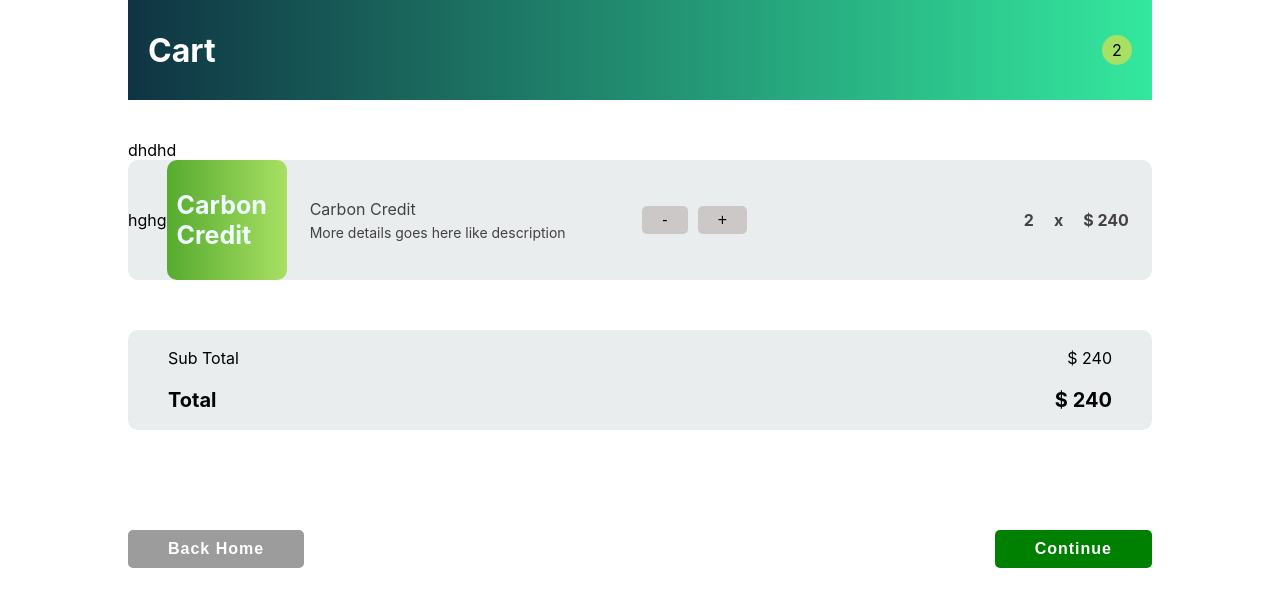
Repository: Yowani24/CarbonApp
Page: /cart
An editor plug-in stored every save of this project. The page is shown before and after the next save, followed by the edit.
The browser window is 1280 px wide. The pictures show the whole page.
The project was rebuilt for these pictures with package versions that can differ from the ones it lists, and the page was loaded fresh each time. The framework's server and built-in components were replaced by stand-ins that run in the browser. Also part of the build but not shown: next.config.js.

Above is the page before, as saved 2021-09-27 12:13:22.

After the next save:
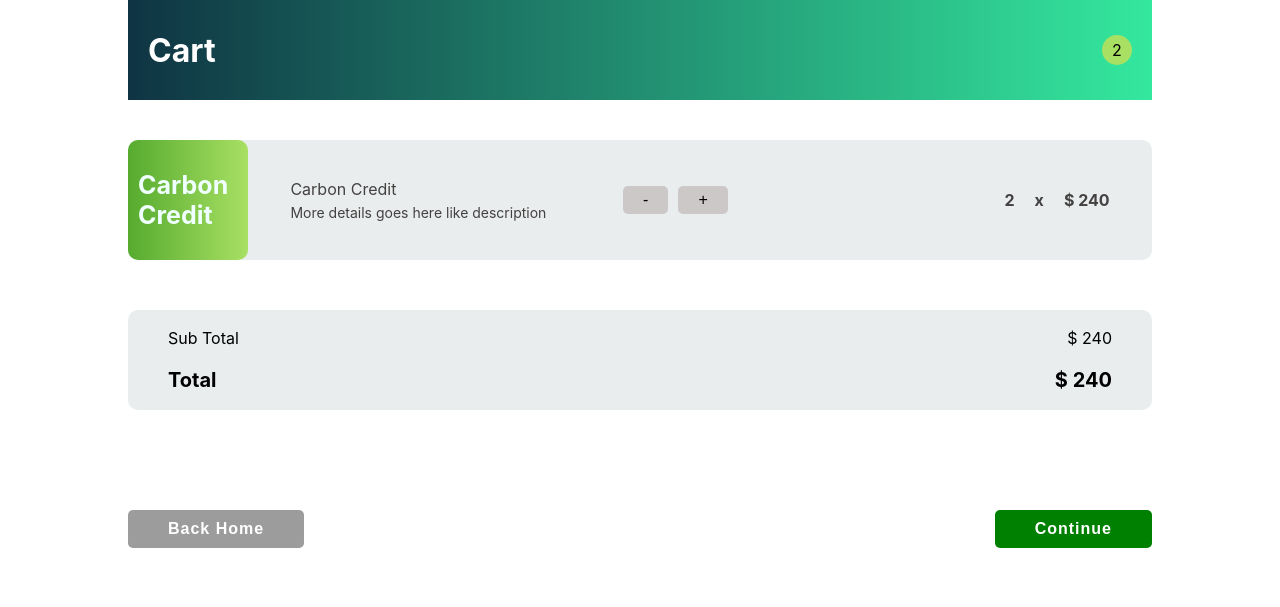
Saved 8 s later.
--- a/pages/cart/index.js
+++ b/pages/cart/index.js
@@ -27,9 +27,7 @@ export default function Cart(props) {
           <section>
               <div className={styles.interface}>
                   <div className={styles.boxes}>
-                      dhdhd
                       <div className={styles.content_box}>
-                          hghg
                           <div className={styles.box}>
                               <h3>Carbon Credit</h3>
                           </div>
